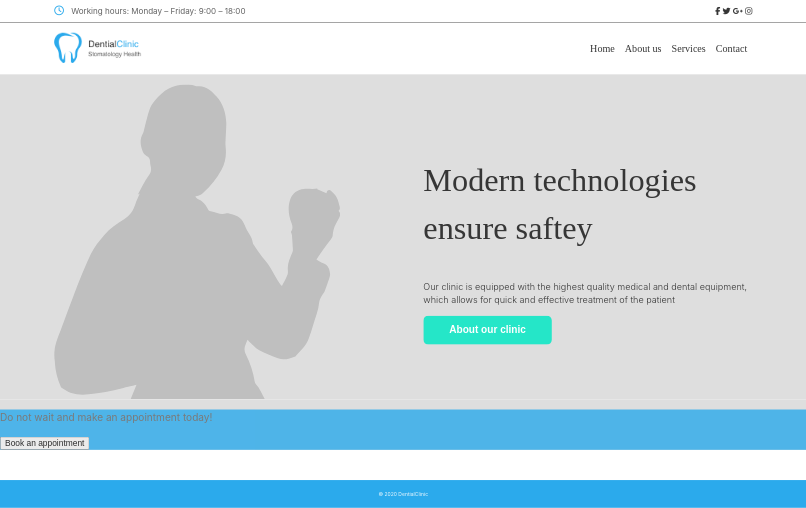
Repository: skepp4rn/uppgift1
Page: index.html
An editor plug-in stored every save of this project. The page is shown before and after the next save, followed by the edit.
The browser window is 1280 px wide. The pictures show the whole page, at 63% of full size.
Some web libraries are served in a nearby version.

Above is the page before, as saved 2020-12-01 17:59:38.

After the next save:
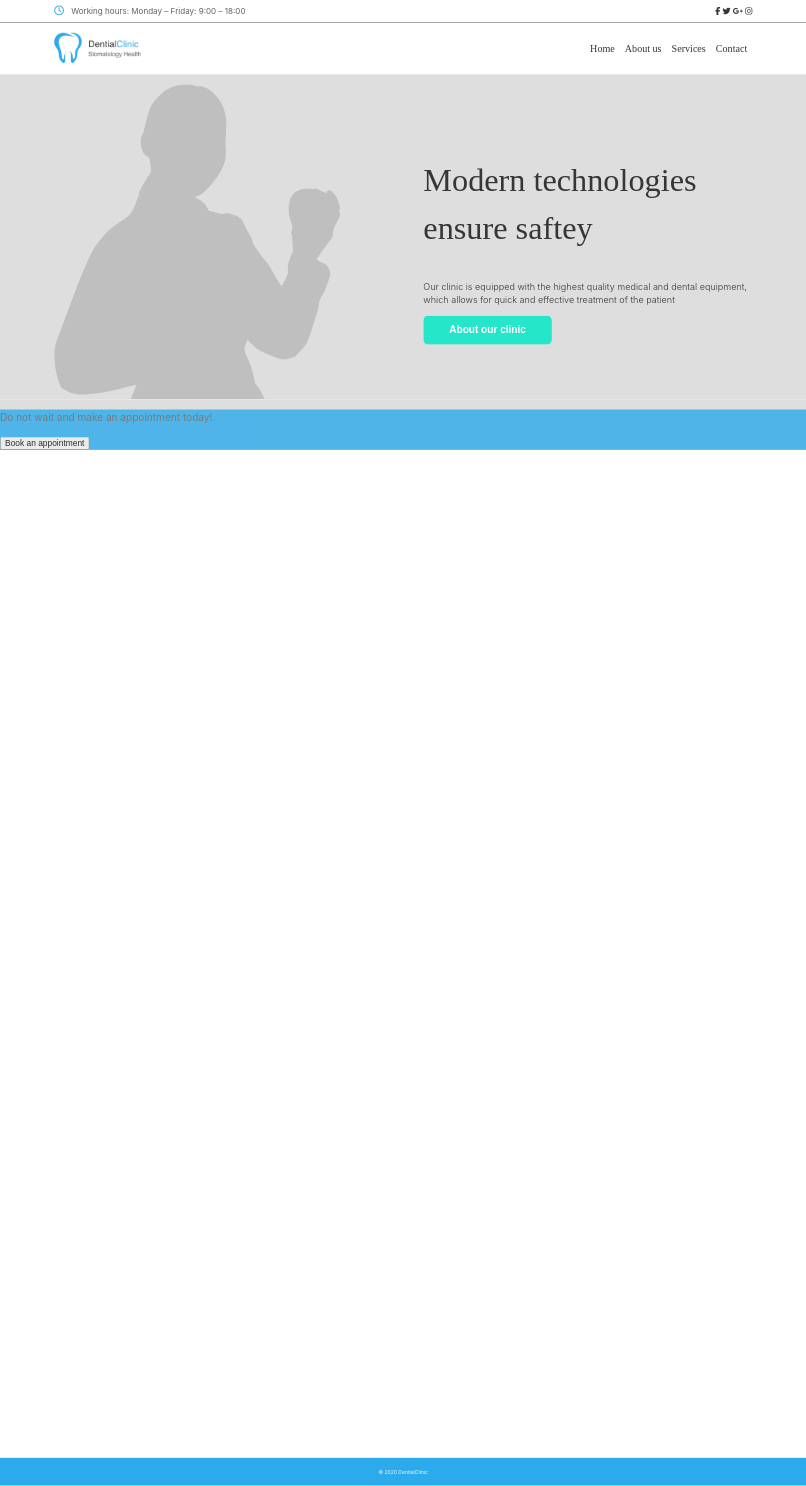
Saved 5 s later.
--- a/style.css
+++ b/style.css
@@ -216,7 +216,7 @@ footer {
     text-align: center;
     padding: 1rem 0rem;
     font-size: 0.5rem;
-    margin-top: 3rem;
+    margin-top: 100rem;
 
 
 }
